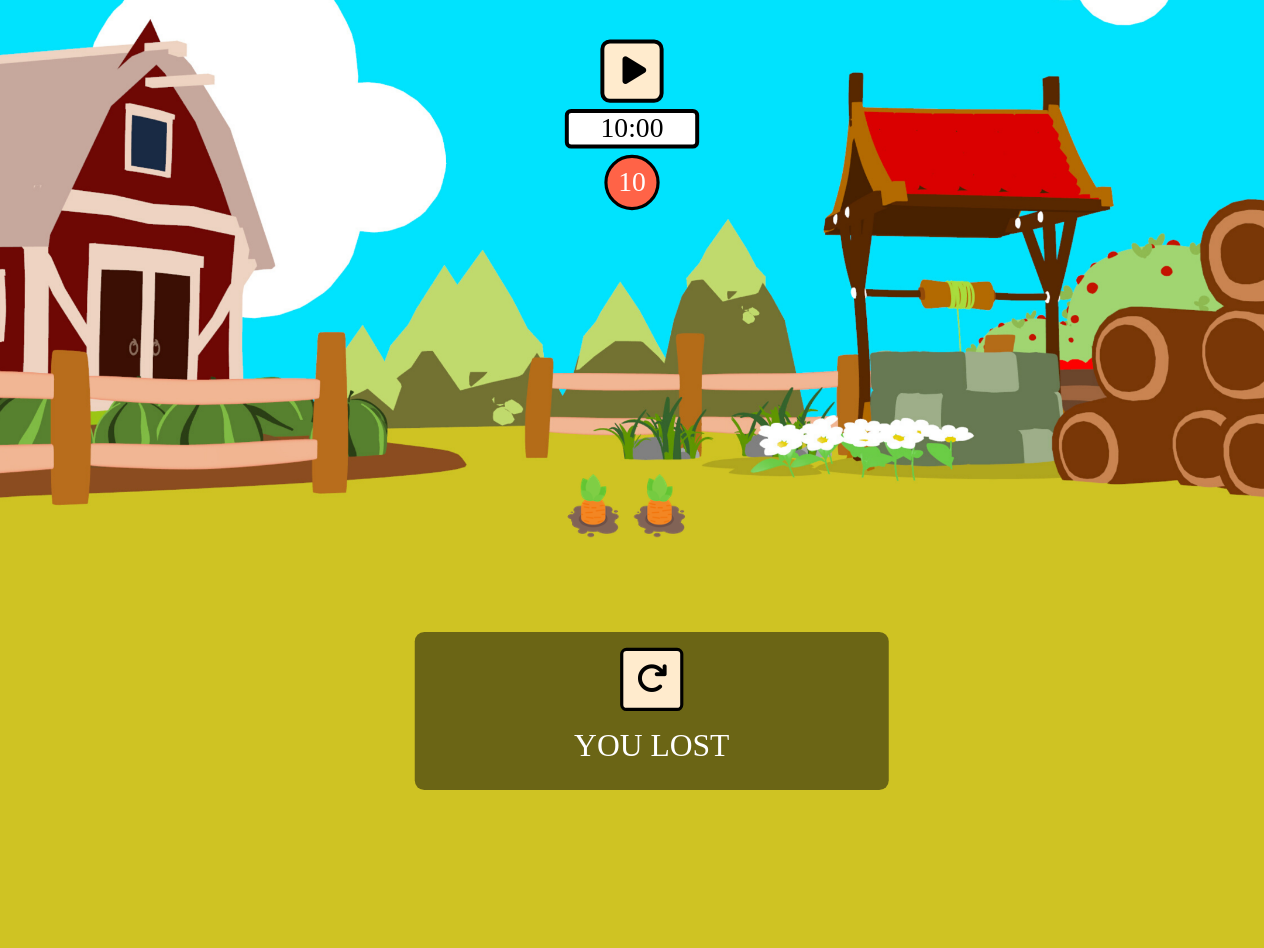
Repository: keehoonjung/Bug-Game
Page: index.html
An editor plug-in stored every save of this project. The page is shown before and after the next save, followed by the edit.
The browser window is 1280 px wide. The page is 1600 px wide, so the pictures cover 1600 px, including what lies to the right of the window. The pictures show the whole page, at 79% of full size.
Some web libraries are served in a nearby version.

Above is the page before, as saved 2021-08-10 11:15:27.

### index.html
<!DOCTYPE html>
<html lang="en">
<head>
    <meta charset="UTF-8">
    <meta http-equiv="X-UA-Compatible" content="IE=edge">
    <meta name="viewport" content="width=device-width, initial-scale=1.0">
    <title>Document</title>
    <link rel="stylesheet" href="style.css">
    <script src="main.js"></script>
    <script src="https://kit.fontawesome.com/a7a8d59961.js" crossorigin="anonymous"></script>
</head>
<body>
    <section class="container">
        <section class="header">
            <button class="play__btn">
                <i class="fas fa-play"></i>
            </button>
            <div class="timer">
                10:00
            </div>
            <div class="count">10</div>
        </section>
        <section class="playground">
            <img src="./img/carrot.png" alt="carrot">
            <img src="./img/carrot.png" alt="carrot">
        </section>
        <div class="popup">
            <button class="popup__btn">
                <i class="fas fa-redo"></i>
            </button>
            <div class="popup__message">YOU LOST</div>
        </div>
    </section>
</body>
</html>

### style.css
* {
  box-sizing: border-box;
}

body {
  margin: 0;
  text-align: center;
}

.container {
  background: center/ cover no-repeat url(/img/background.png);
  width: 1600px;
  height: 1200px;
  margin: auto;
}

.header {
  height: 600px;
  padding-top: 50px;
}

.play__btn {
  width: 80px;
  height: 80px;
  background-color: blanchedalmond;
  font-size: 40px;
  border: 5px solid black;
  border-radius: 12px;
  padding-left: 12px;
  margin-bottom: 8px;
}

.timer {
  margin: auto;
  width: 170px;
  height: 50px;
  border: 5px solid black;
  border-radius: 8px;
  font-size: 35px;
  background-color: white;
  margin-bottom: 8px;
}

.count {
  margin: auto;
  width: 70px;
  height: 70px;
  background-color: tomato;
  border: 4px solid black;
  border-radius: 50%;
  font-size: 35px;
  padding: 11px 0;
  color: white;
}

.playground {
  height: 600px;
  width: 100%;
}

.popup {
  position: absolute;
  top: 800px;
  left: 525px;
  width: 600px;
  height: 200px;
  background-color: rgba(9, 9, 9, 0.5);
  padding-top: 20px;
  border-radius: 12px;
}

.popup__btn {
  width: 80px;
  height: 80px;
  background-color: blanchedalmond;
  border: 4px solid black;
  border-radius: 8px;
  font-size: 40px;
  margin-bottom: 20px;
}

.popup__message {
  font-size: 40px;
  color: white;
}

Loaded but not shown: main.js (no copy from this time; the picture is the same without it)

After the next save:
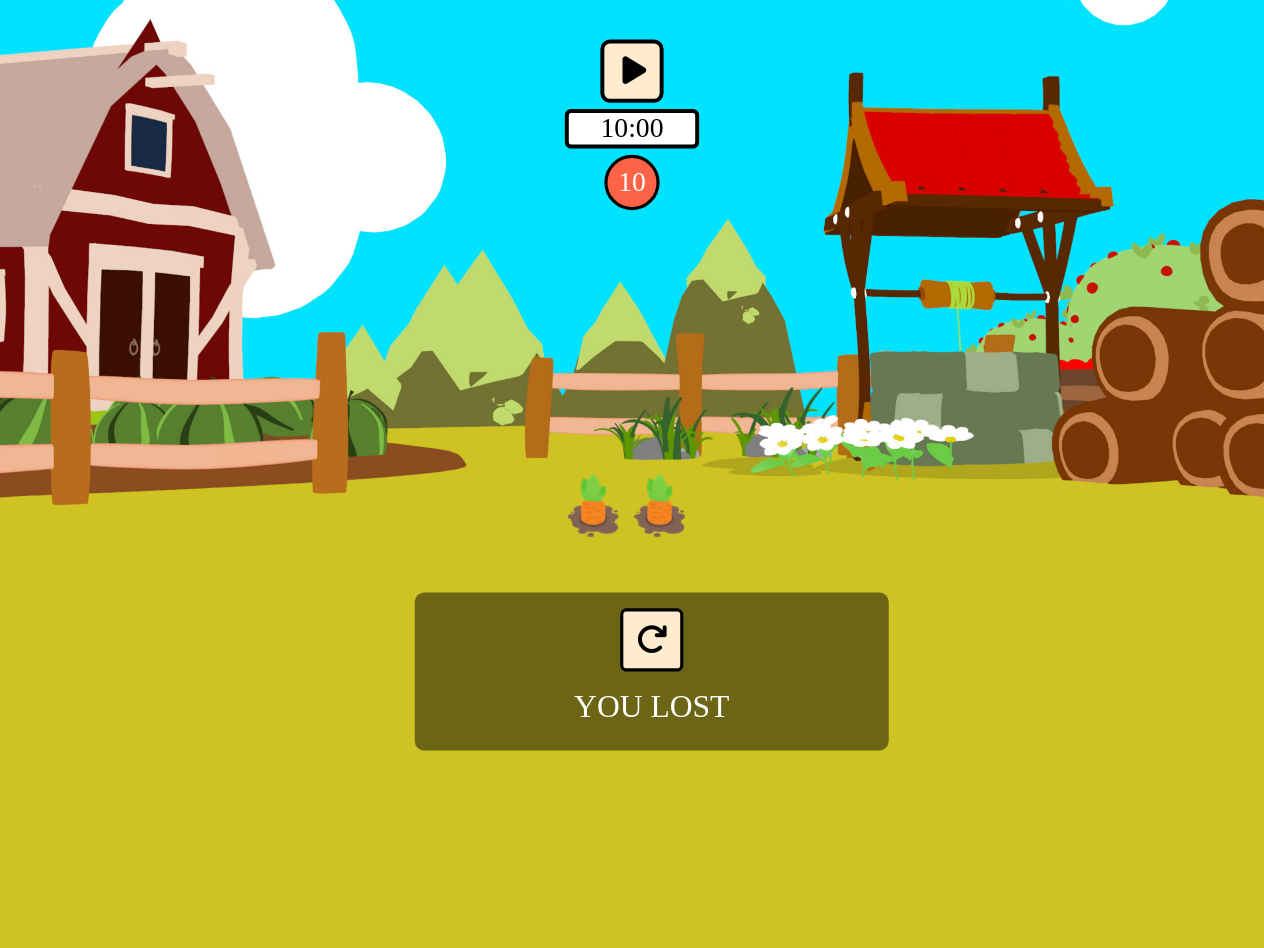
Saved 9 s later.
--- a/style.css
+++ b/style.css
@@ -60,7 +60,7 @@ body {
 
 .popup {
   position: absolute;
-  top: 800px;
+  top: 750px;
   left: 525px;
   width: 600px;
   height: 200px;
